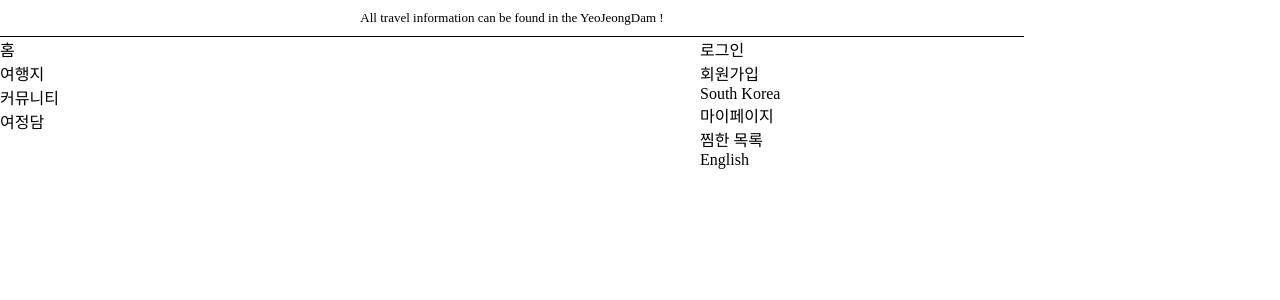
Repository: gaeunlee95/semi
Page: http://localhost/semi/main.jsp
An editor plug-in stored every save of this project. The page is shown before and after the next save, followed by the edit.
The browser window is 1280 px wide. The pictures show the whole page.
The page is served by Tomcat 9.

Above is the page before, as saved 2023-12-06 08:40:31.

After the next save:
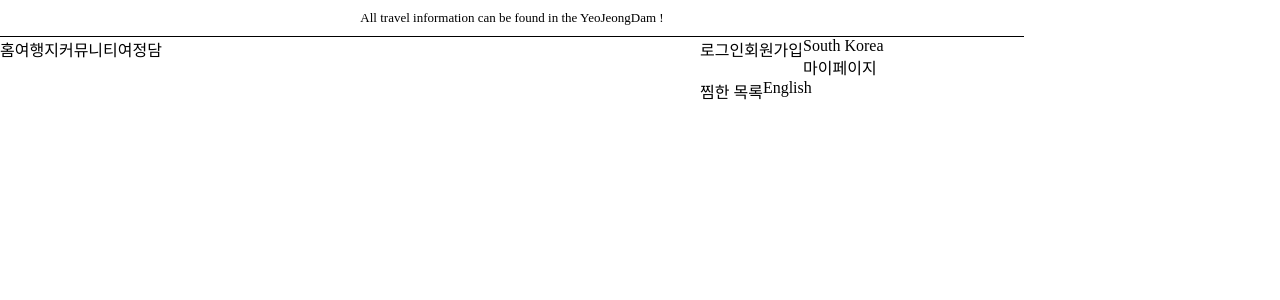
Saved 98 s later.
--- a/semi/src/main/webapp/resources/css/style.css
+++ b/semi/src/main/webapp/resources/css/style.css
@@ -25,7 +25,7 @@ header nav div{
 	float: left;
 }
 header #menu ul li{
-	/*float: left;*/
+	float: left;
 }
 header #mainMenu{
 	width: 700px;
